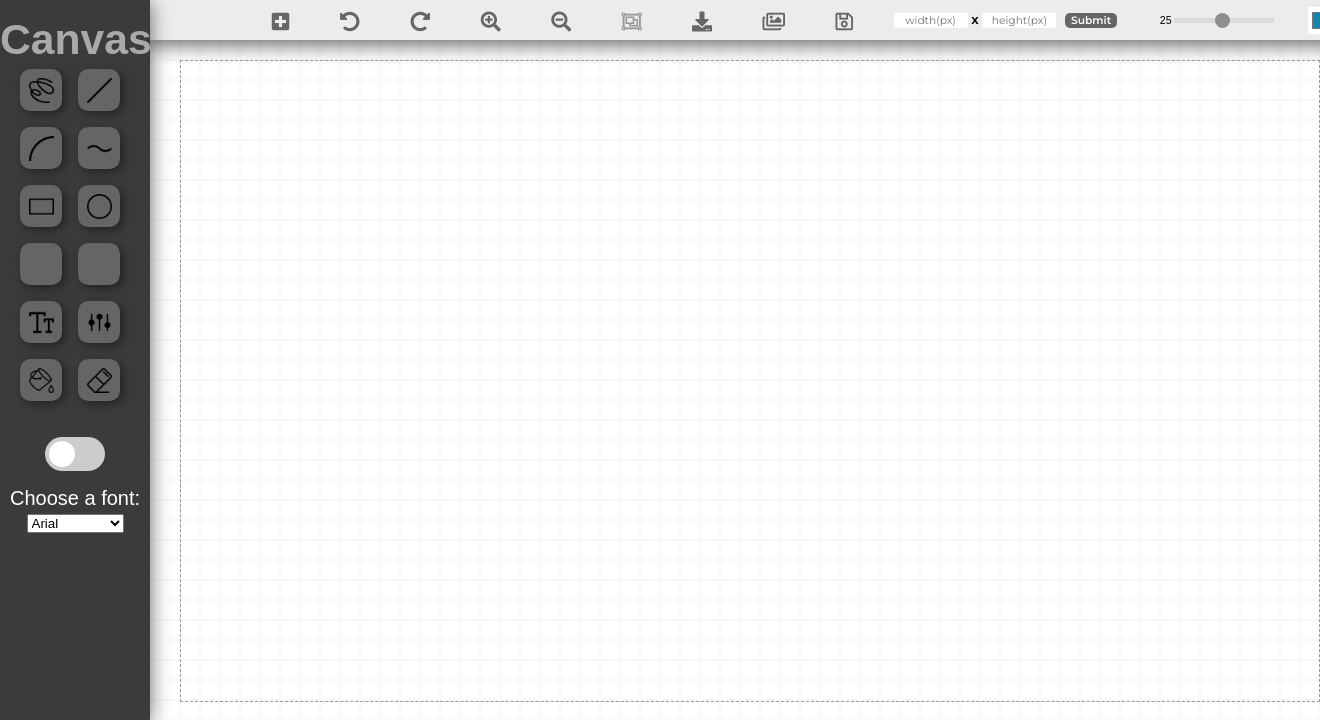
Repository: moryahng/myCanvasProject
Page: index.html
An editor plug-in stored every save of this project. The page is shown before and after the next save, followed by the edit.
The browser window is 1280 px wide. The page is 1320 px wide, so the pictures cover 1320 px, including what lies to the right of the window. The pictures show the whole page.
Some web fonts or font styles are not loaded; a fallback is used.

Above is the page before, as saved 2021-11-11 23:10:00.

After the next save:
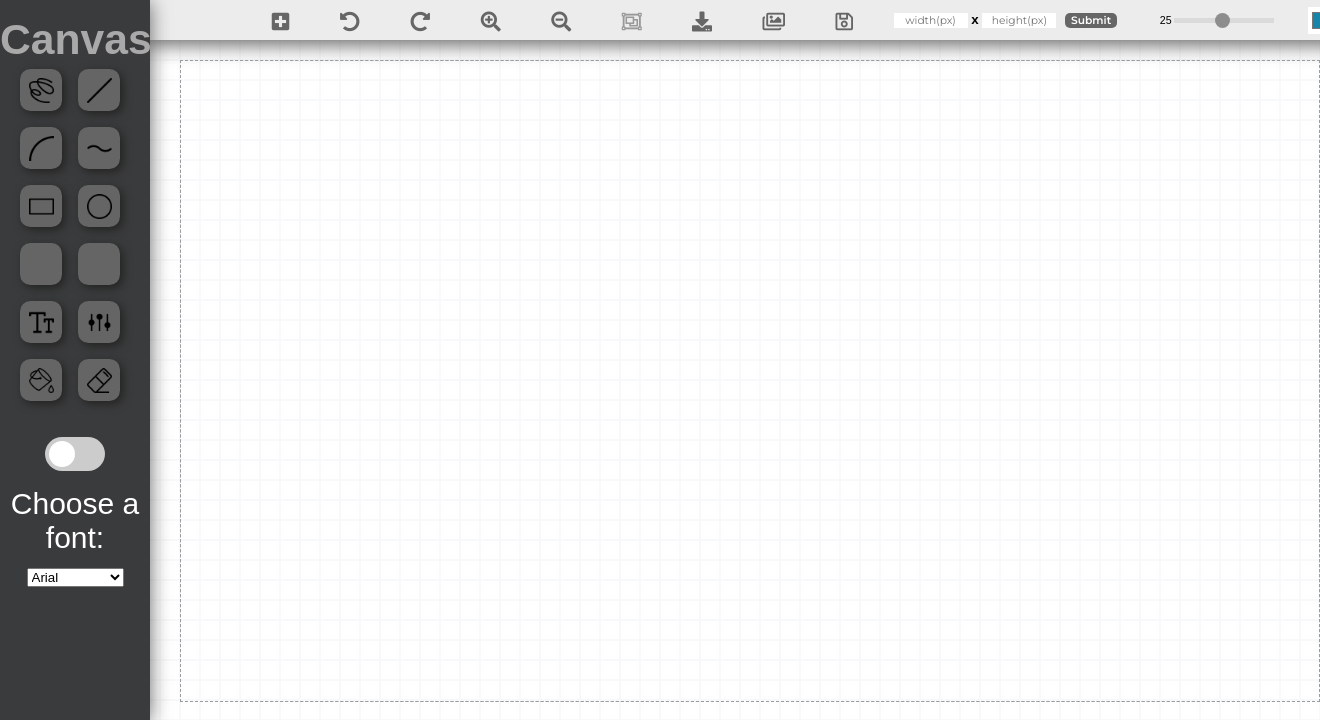
Saved 46 s later.
--- a/style.css
+++ b/style.css
@@ -396,7 +396,7 @@
 
 .font-setting{
   color: white;
-  font-size: 20px;
+  font-size: 30px;
   text-align: center;
 
 }

After the save that followed:
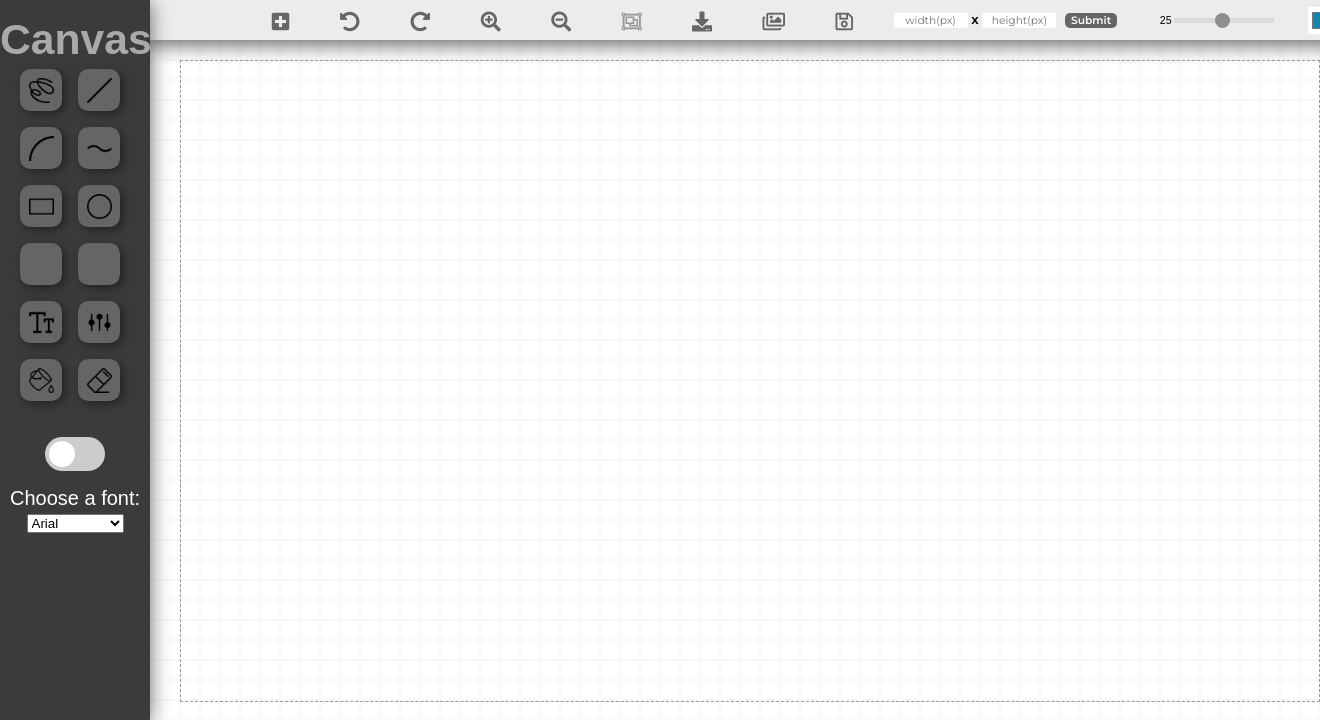
Saved 4 s later.
--- a/style.css
+++ b/style.css
@@ -396,7 +396,7 @@
 
 .font-setting{
   color: white;
-  font-size: 30px;
+  font-size: 20px;
   text-align: center;
 
 }
